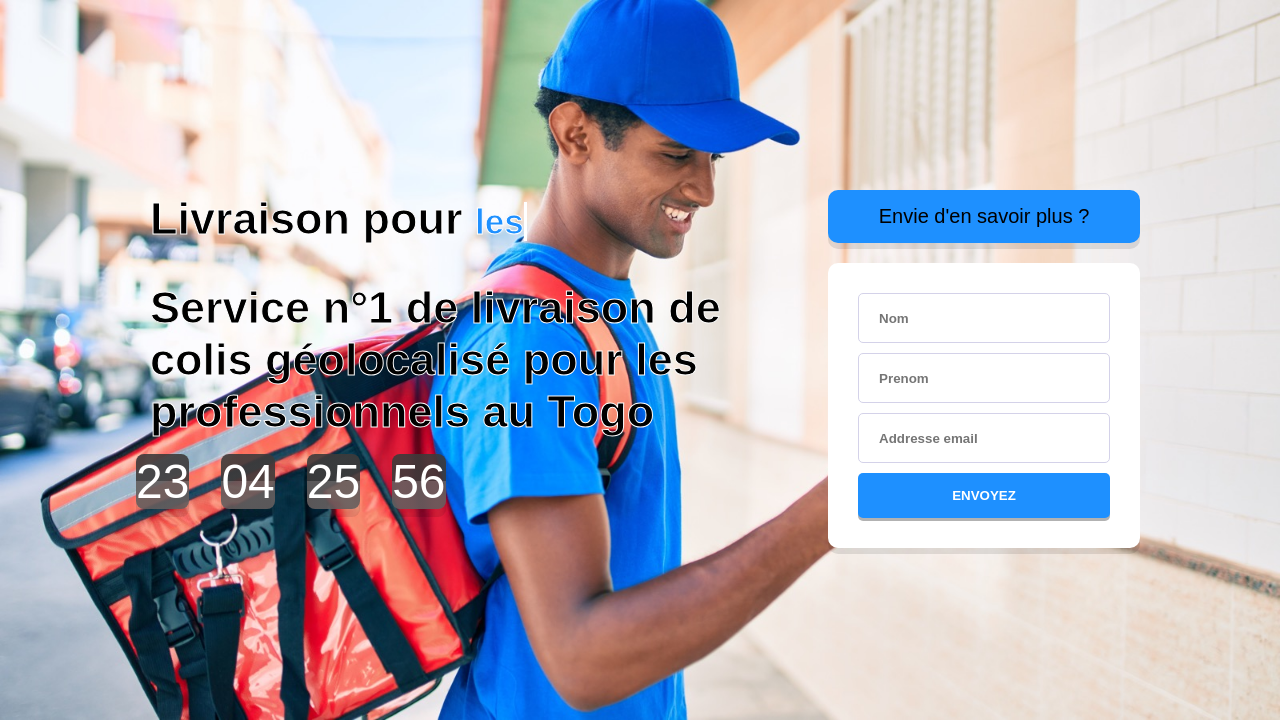
Repository: lawalalao/landpage
Page: index.html
An editor plug-in stored every save of this project. The page is shown before and after the next save, followed by the edit.
The browser window is 1280 px wide. The pictures show the whole page.
Some web fonts or font styles are not loaded; a fallback is used.

Above is the page before, as saved 2021-01-14 17:44:57.
Console error: TypeError: Cannot read properties of null (reading 'addEventListener')

After the next save:
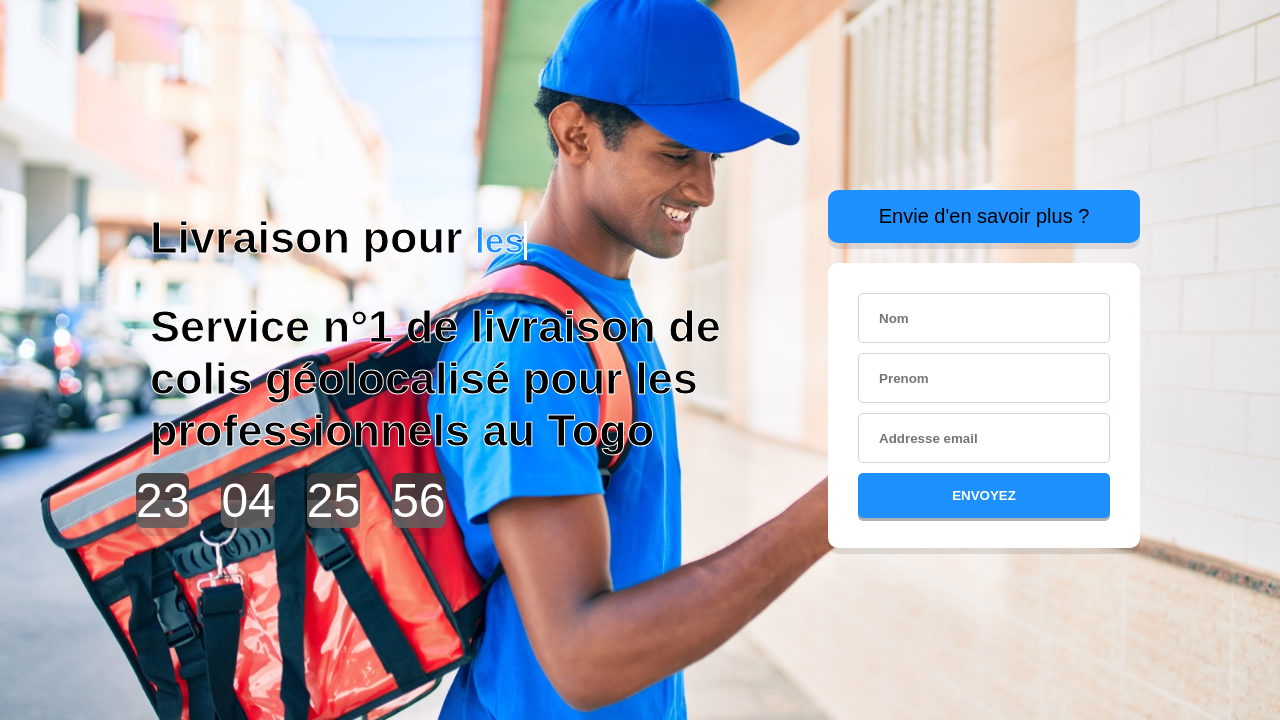
Saved 42 s later.
--- a/style.css
+++ b/style.css
@@ -176,7 +176,7 @@ input:hover {
          display: flex;
 
      }
-     .z{
+     .signup-intro{
          margin-top: 30px;
      }
      .countdown div {
